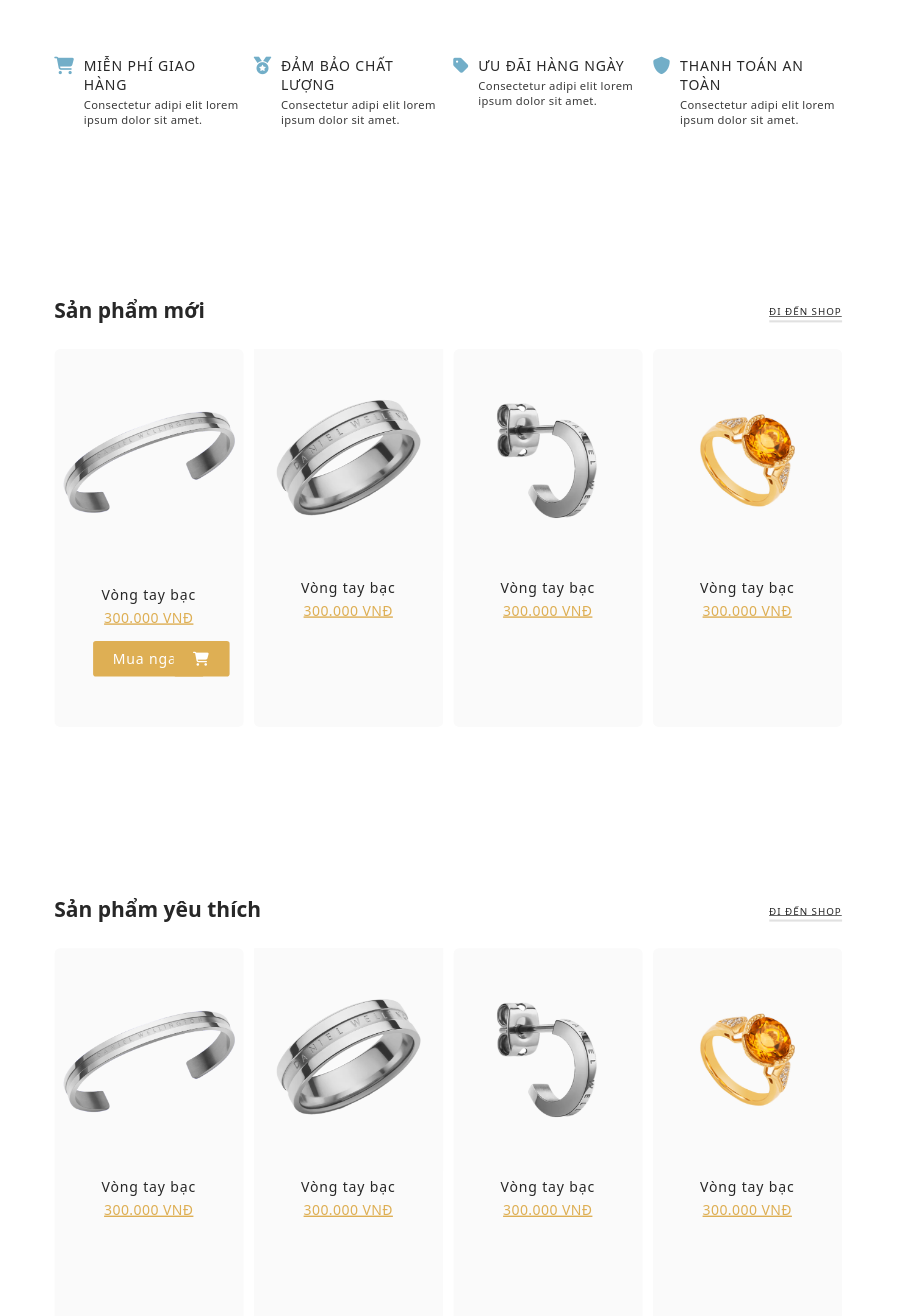
Repository: CangNgo/shoptrangsuc.github.io
Page: index.html
An editor plug-in stored every save of this project. The page is shown before and after the next save, followed by the edit.
The browser window is 1280 px wide. The page is 1288 px wide, so the pictures cover 1288 px, including what lies to the right of the window. The pictures show the part of the page from y = 762 to 2642 px (the page is 5591 px tall), at 70% of full size.

Above is the page before, as saved 2024-01-11 18:07:11.

After the next save:
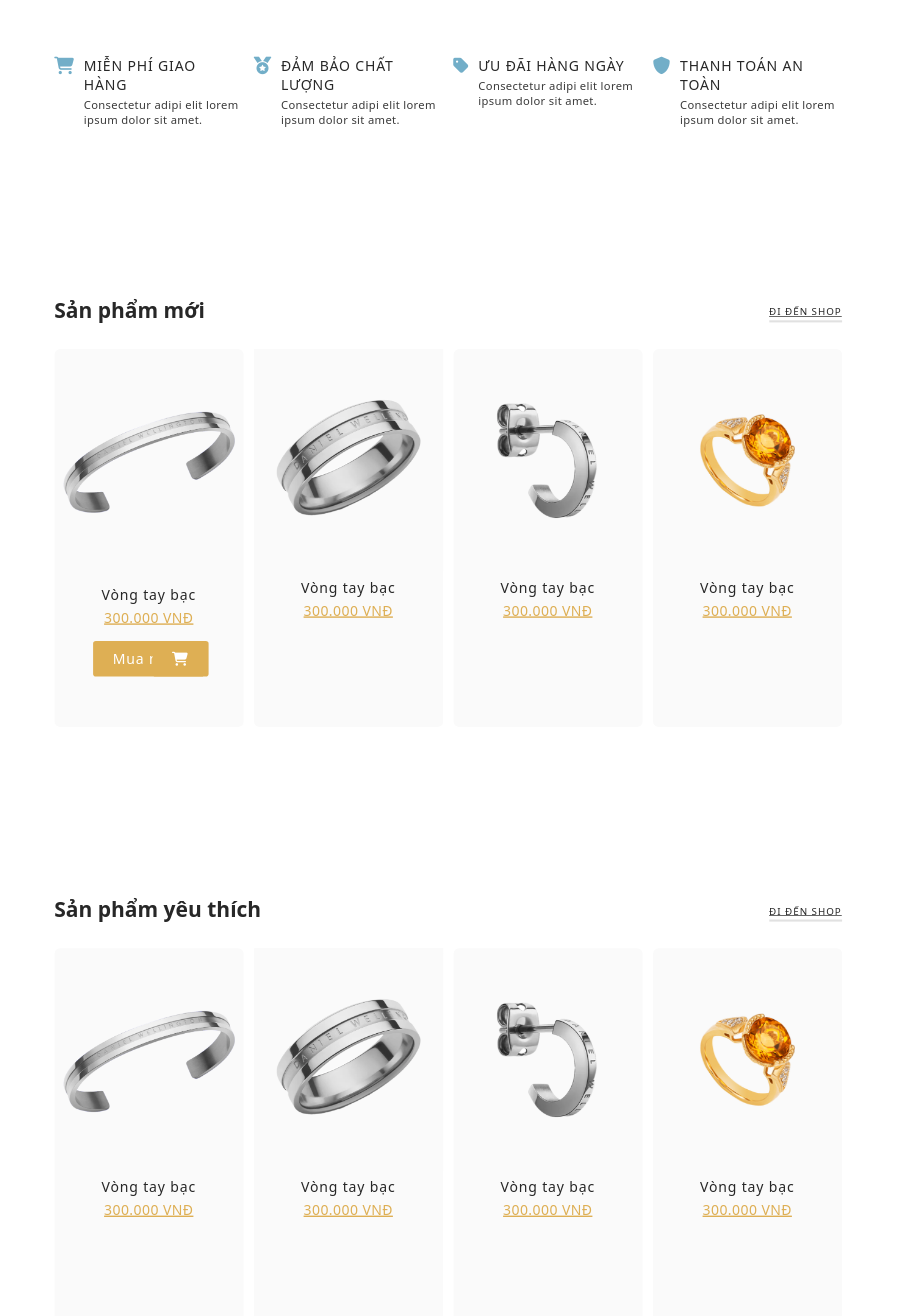
Saved 2 min 39 s later.
--- a/index.html
+++ b/index.html
@@ -163,7 +163,7 @@
                                 </div>
                                 <div class="buy-product" style="position: relative;">
                                     <button name="buy_product">Mua ngay</button>
-                                    <button style="position: absolute; top: 0; right: 20px;"><i class="fa-solid fa-cart-shopping"></i></button>
+                                    <button style="position: absolute; top: 0; right: 50px;"><i class="fa-solid fa-cart-shopping"></i></button>
                                 </div>
                             </div>
                         </div>
